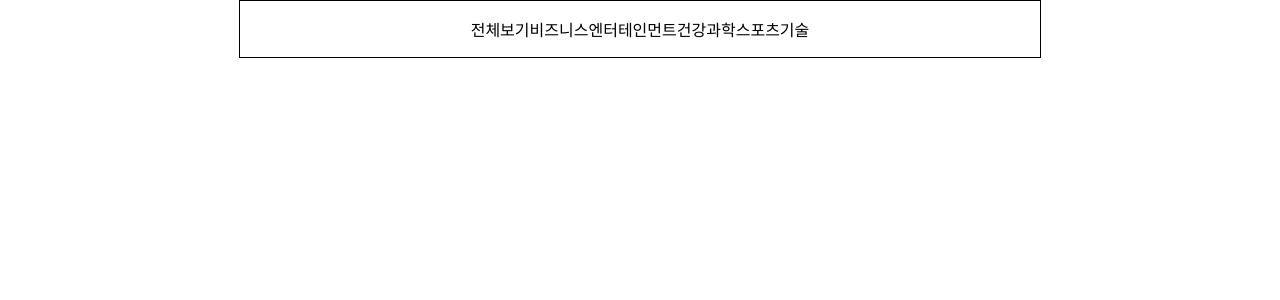
Repository: parkhyeonki/news-viewer
Page: /
An editor plug-in stored every save of this project. The page is shown before and after a run of saves, followed by the edit.
The browser window is 1280 px wide. The pictures show the whole page.
The page's requests for data from a server got no answer. The project was rebuilt for these pictures with package versions that can differ from the ones it lists, and the page was loaded fresh each time. No one was signed in, and anything a server would have sent is missing. Also part of the build but not shown: src/App.css, src/components/NewsItem/NewsItem.js.

Above is the page before, as saved 2022-05-19 15:47:49.

### src/App.js
import './App.css';
import Categories from './components/Categories/Categories';
import NewsList from './components/NewsList/NewsList';

function App() {
  return (
    <>
      <Categories />
      <NewsList />
    </>
  );
}

export default App;

### src/components/Categories/Categories.js
import React from 'react';
import styled from 'styled-components';
const categories = [
  {
    name: 'all',
    text: '전체보기',
  },
  {
    name: 'business',
    text: '비즈니스',
  },
  {
    name: 'entertainment',
    text: '엔터테인먼트',
  },
  {
    name: 'health',
    text: '건강',
  },
  {
    name: 'science',
    text: '과학',
  },
  {
    name: 'sports',
    text: '스포츠',
  },
  {
    name: 'technology',
    text: '기술',
  },
];

const CategoriesBlock = styled.div`
  display: flex;
  align-items: center;
  justify-content: center;
  border: 1px solid black;
  width: 768px;
  margin: 0 auto;
  padding: 1rem;
`;

const Category = styled.div``;

const Categories = () => {
  return (
    <CategoriesBlock>
      {categories.map((category) => (
        <Category key={category.name}>{category.text}</Category>
      ))}
    </CategoriesBlock>
  );
};

export default Categories;

### src/components/NewsList/NewsList.js
import axios from 'axios';
import React, { useEffect, useState } from 'react';
import styled from 'styled-components';
import NewsItem from '../NewsItem/NewsItem';
const NewsListBlock = styled.div`
  box-sizing: border-box;
  padding-bottom: 3rem;
  width: 768px;
  margin: 0 auto;
  margin-top: 2rem;
  @media screen and (max-width: 768px) {
    width: 100%;
    padding-left: 1rem;
    padding-right: 1rem;
  }
`;
const NewsList = () => {
  const [articles, setArticles] = useState(null);
  const [loading, setLoading] = useState(false);

  useEffect(() => {
    const fetchData = async () => {
      setLoading(true);
      try {
        const response = await axios.get(
          'https://newsapi.org/v2/top-headlines?country=kr&category=business&apiKey=05f1b59ba99c4b2cb7579cb88e16cfcd',
        );
        setArticles(response.data.articles);
      } catch (e) {
        console.log(e);
      }
      setLoading(false);
    };
    fetchData();
  }, []);

  if (loading) {
    return <NewsListBlock>loading...</NewsListBlock>;
  }

  if (!articles) {
    return null;
  }
  return (
    <NewsListBlock>
      {articles.map((article) => (
        <NewsItem key={article.url} article={article} />
      ))}
    </NewsListBlock>
  );
};

export default NewsList;

Loaded but not shown: public/index.html (common file); src/index.js (common file); src/index.css (common file); src/reportWebVitals.js (common file)

After the next 2 saves:
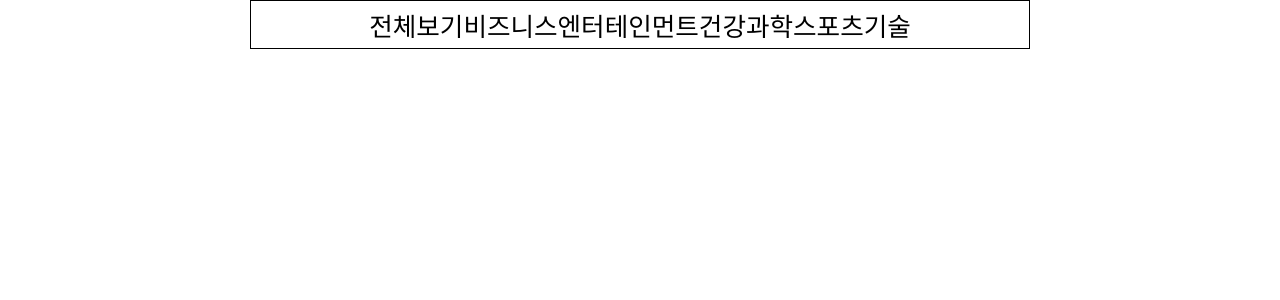
The 2 saves are shown as one change because they came seconds apart.
The last was saved 40 s later.
--- a/src/components/Categories/Categories.js
+++ b/src/components/Categories/Categories.js
@@ -38,7 +38,8 @@ const CategoriesBlock = styled.div`
   border: 1px solid black;
   width: 768px;
   margin: 0 auto;
-  padding: 1rem;
+  padding: 0.3rem;
+  font-size: 1.6rem;
 `;
 
 const Category = styled.div``;
